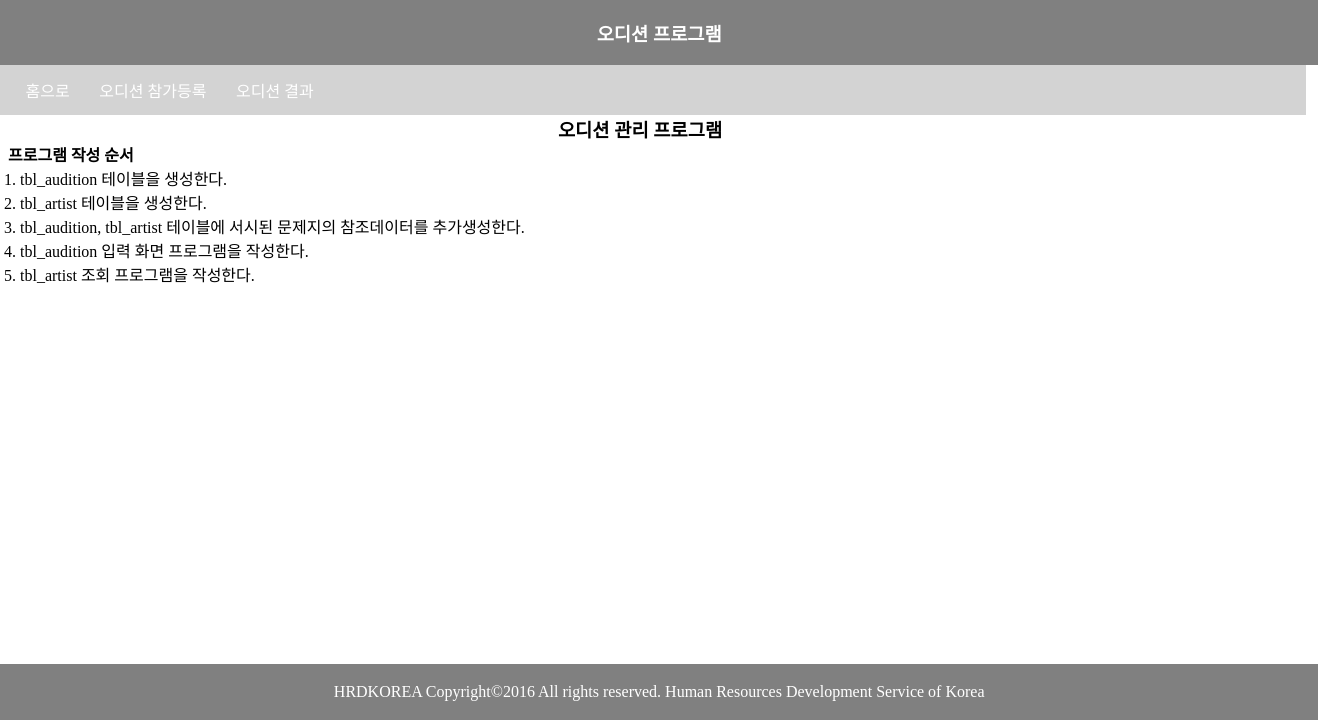
Repository: jieun000/Craftsman_Information_Processing
Page: http://localhost/Test/main.jsp
These files come from the project's save history. The page is drawn as it stood at one moment and after the next save; the edit follows.
The browser window is 1280 px wide. The page is 1318 px wide, so the pictures cover 1318 px, including what lies to the right of the window. The pictures show the whole page.
The page is served by Tomcat 9.

Above is the page before, as saved 2023-09-06 01:27:22.

### 02_study/Test/src/main/webapp/main.jsp
<%@ page language="java" contentType="text/html; charset=UTF-8"
    pageEncoding="UTF-8"%>
<!DOCTYPE html>
<html>
<head>
<meta charset="UTF-8">
<title>Insert title here</title>
<style type="text/css">
* { margin: 0; padding: 0; }
nav > a { text-decoration: none; color: white; padding: 1%;}
nav > a:hover { background: gray; }
</style>
</head>
<body>
	<header style="background: gray; color: white; text-align: center; width: 100%; padding: 1.5%;">
		<h3>오디션 프로그램</h3>
	</header>
	<nav style="background: lightgray; width: 100%; padding: 1%;">
		<a href="main.jsp">홈으로</a>
		<a href="joinForm.jsp">오디션 참가등록</a>
		<a href="result.jsp">오디션 결과</a>
	</nav>
	<section>
		<h3 style="text-align: center;">오디션 관리 프로그램</h3>
		<h4>&nbsp;&nbsp;프로그램 작성 순서</h4>
		<span>&nbsp;1. tbl_audition 테이블을 생성한다.</span> <br>
		<span>&nbsp;2. tbl_artist 테이블을 생성한다.</span> <br>
		<span>&nbsp;3. tbl_audition, tbl_artist 테이블에 서시된 문제지의 참조데이터를 추가생성한다.</span> <br>
		<span>&nbsp;4. tbl_audition 입력 화면 프로그램을 작성한다.</span> <br>
		<span>&nbsp;5. tbl_artist 조회 프로그램을 작성한다.</span>
	</section>
	<footer style="background: gray; color: white; width: 100%; text-align: center; padding: 1.5%; position: absolute; bottom: 0;">
		<p>
			HRDKOREA Copyright&copy;2016 All rights reserved. Human Resources Development Service of Korea
		</p>
	</footer>
</body>
</html>

After the next save:
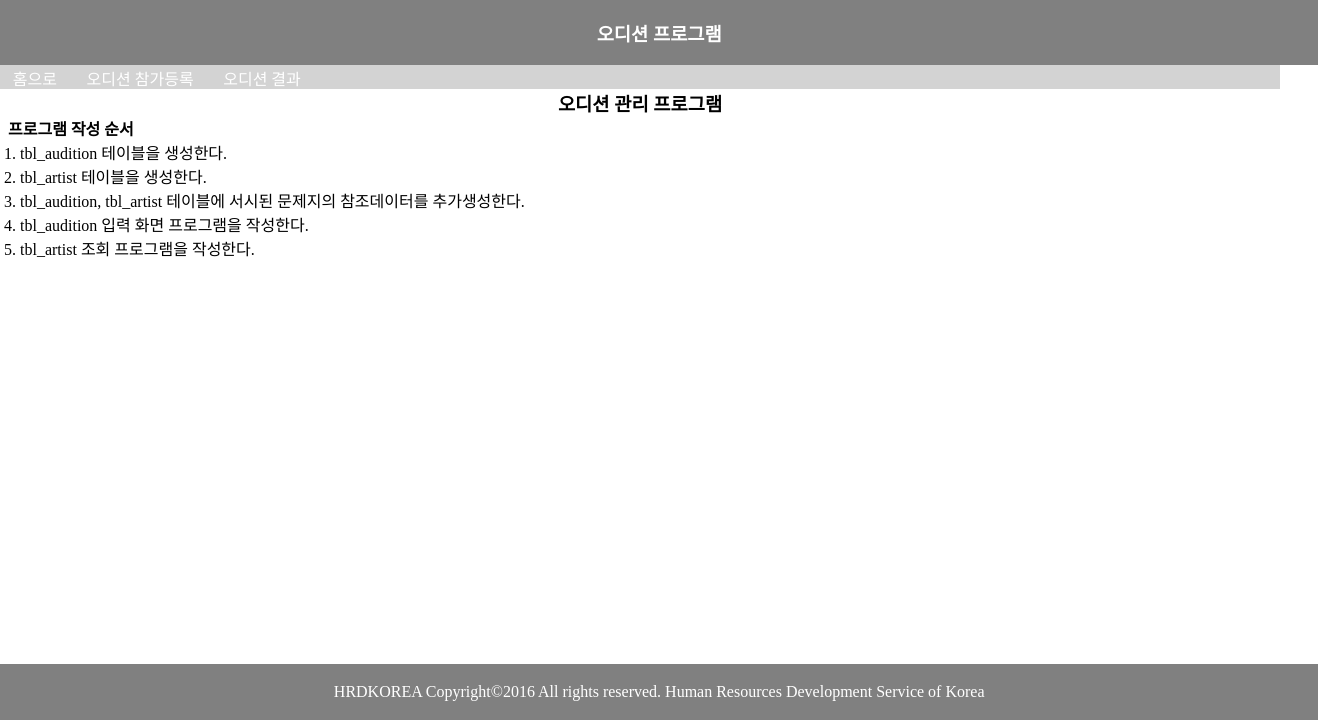
Saved 41 s later.
--- a/02_study/Test/src/main/webapp/main.jsp
+++ b/02_study/Test/src/main/webapp/main.jsp
@@ -15,7 +15,7 @@ nav > a:hover { background: gray; }
 	<header style="background: gray; color: white; text-align: center; width: 100%; padding: 1.5%;">
 		<h3>오디션 프로그램</h3>
 	</header>
-	<nav style="background: lightgray; width: 100%; padding: 1%;">
+	<nav style="background: lightgray; width: 100%; hig: 1%;">
 		<a href="main.jsp">홈으로</a>
 		<a href="joinForm.jsp">오디션 참가등록</a>
 		<a href="result.jsp">오디션 결과</a>
